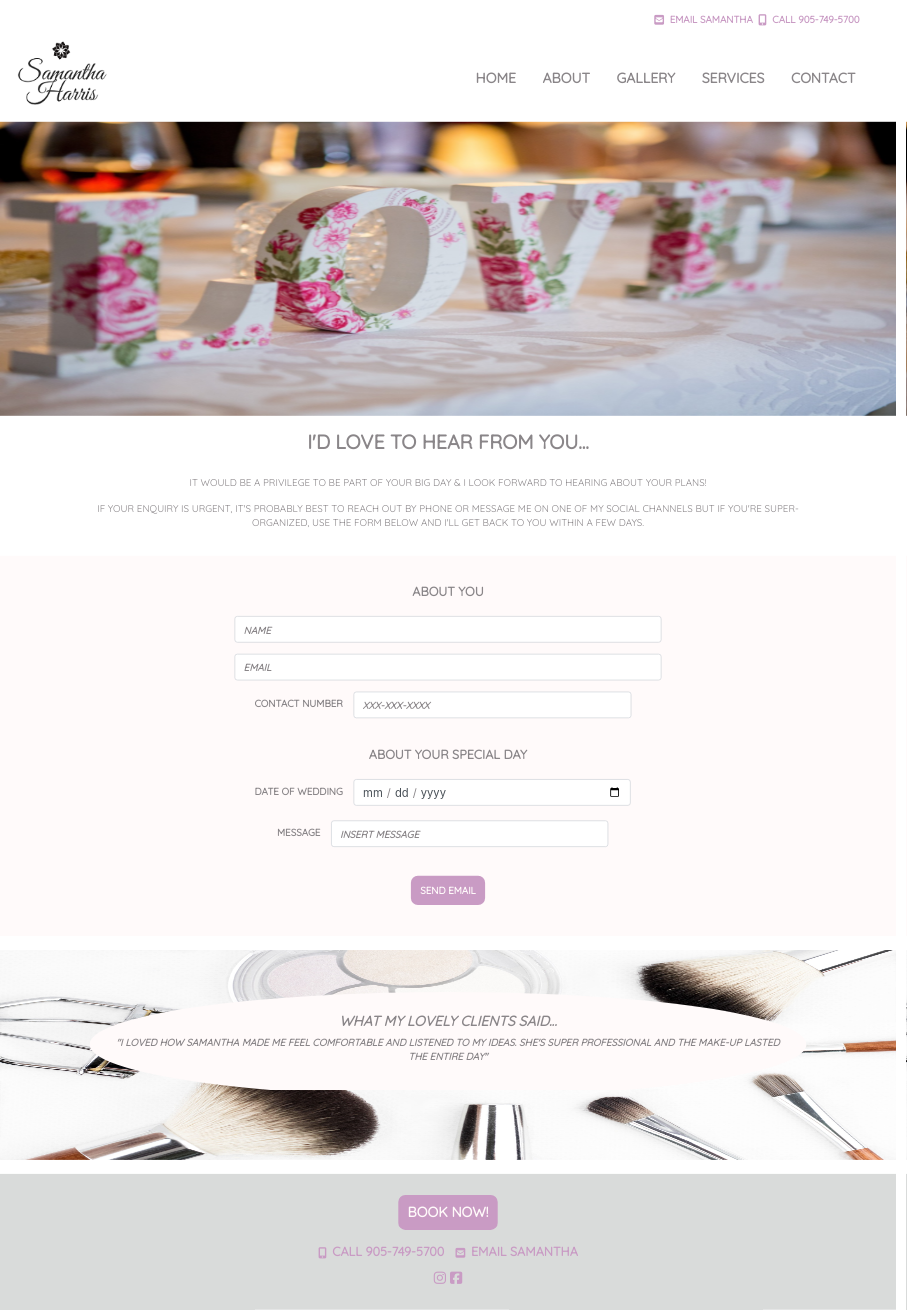
Repository: JayneyNix/milestone-1-UCFD
Page: contact.html
The author's editor kept a record of every edit. The page is drawn from the files as they stood at one moment, then again after the next edit.
The browser window is 1280 px wide. The page is 1295 px wide, so the pictures cover 1295 px, including what lies to the right of the window. The pictures show the whole page, at 70% of full size.
Some web libraries are served in a nearby version.

Above is the page before.

After the next edit:
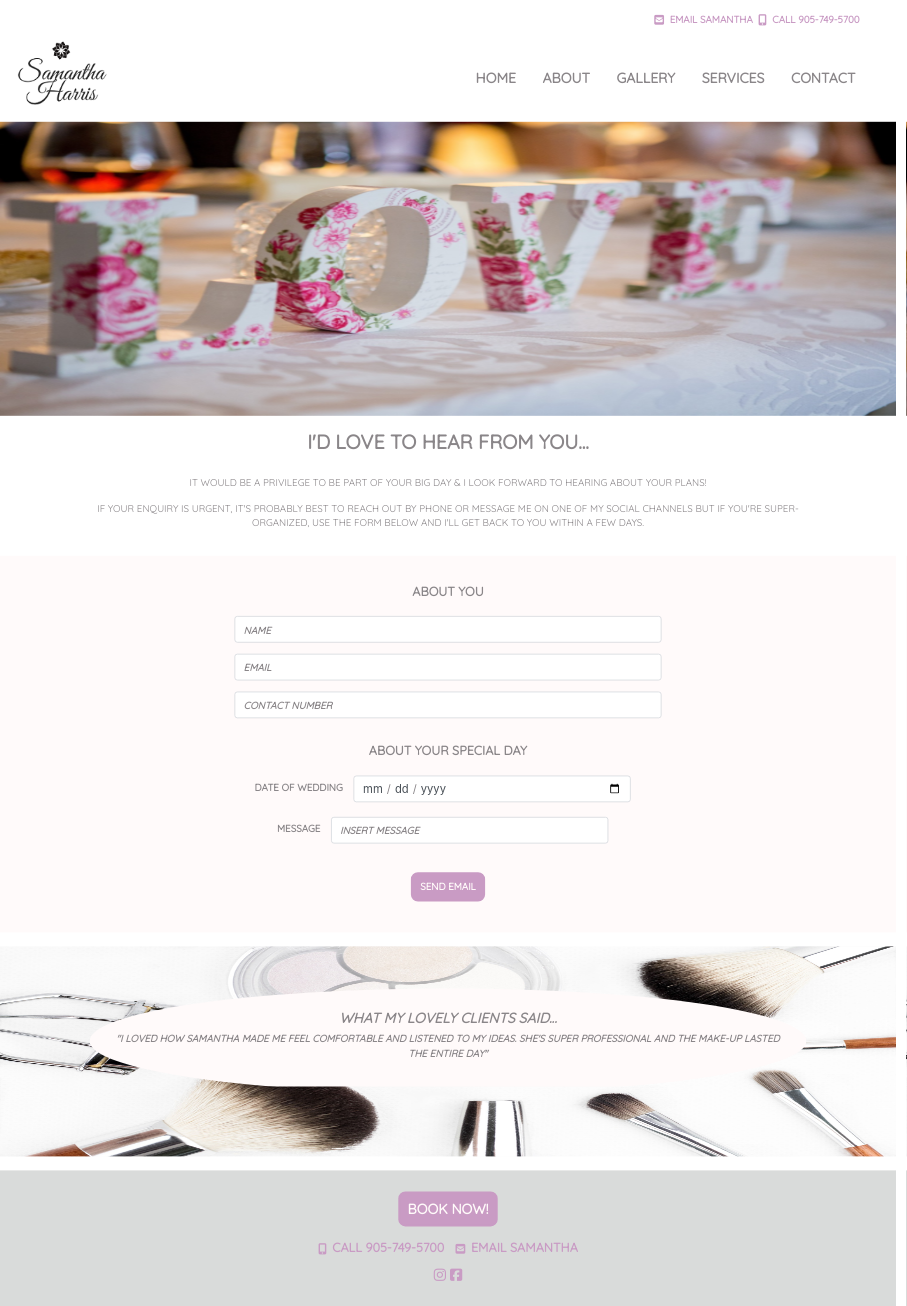
The edit:
--- a/contact.html
+++ b/contact.html
@@ -119,9 +119,8 @@
                 </div>
             </div>
             <div class="form-group row justify-content-center">
-                <label for="number"><h5 class="h5 headings col-4-offset-6 col-form-label">Contact Number</h5></label>
-                <div class="col-4">
-                    <input type="number" class="form-control" id="number" placeholder="xxx-xxx-xxxx">
+                <div class="col-6">
+                    <input type="number" class="form-control" id="number" placeholder="Contact Number">
                 </div>
             </div>
             <div class="form-group row row-second-section justify-content-center">
